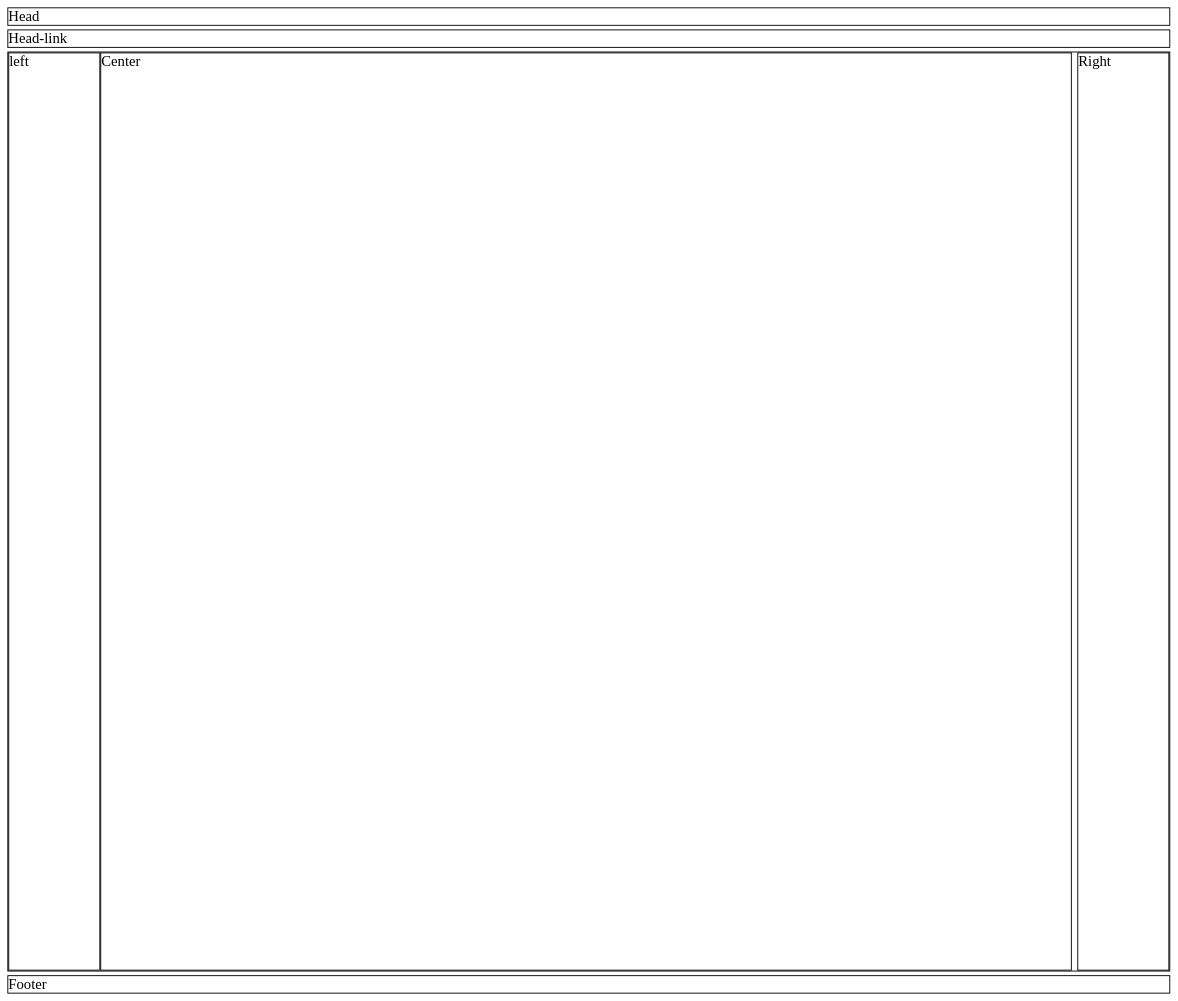
Repository: Lehuyhuynh/BTH2-CSS
Page: index.html
An editor plug-in stored every save of this project. The page is shown before and after a run of saves, followed by the edit.
The browser window is 1280 px wide. The pictures show the whole page, at 92% of full size.

Above is the page before, as saved 2023-08-08 21:04:09.

After the next 2 saves:
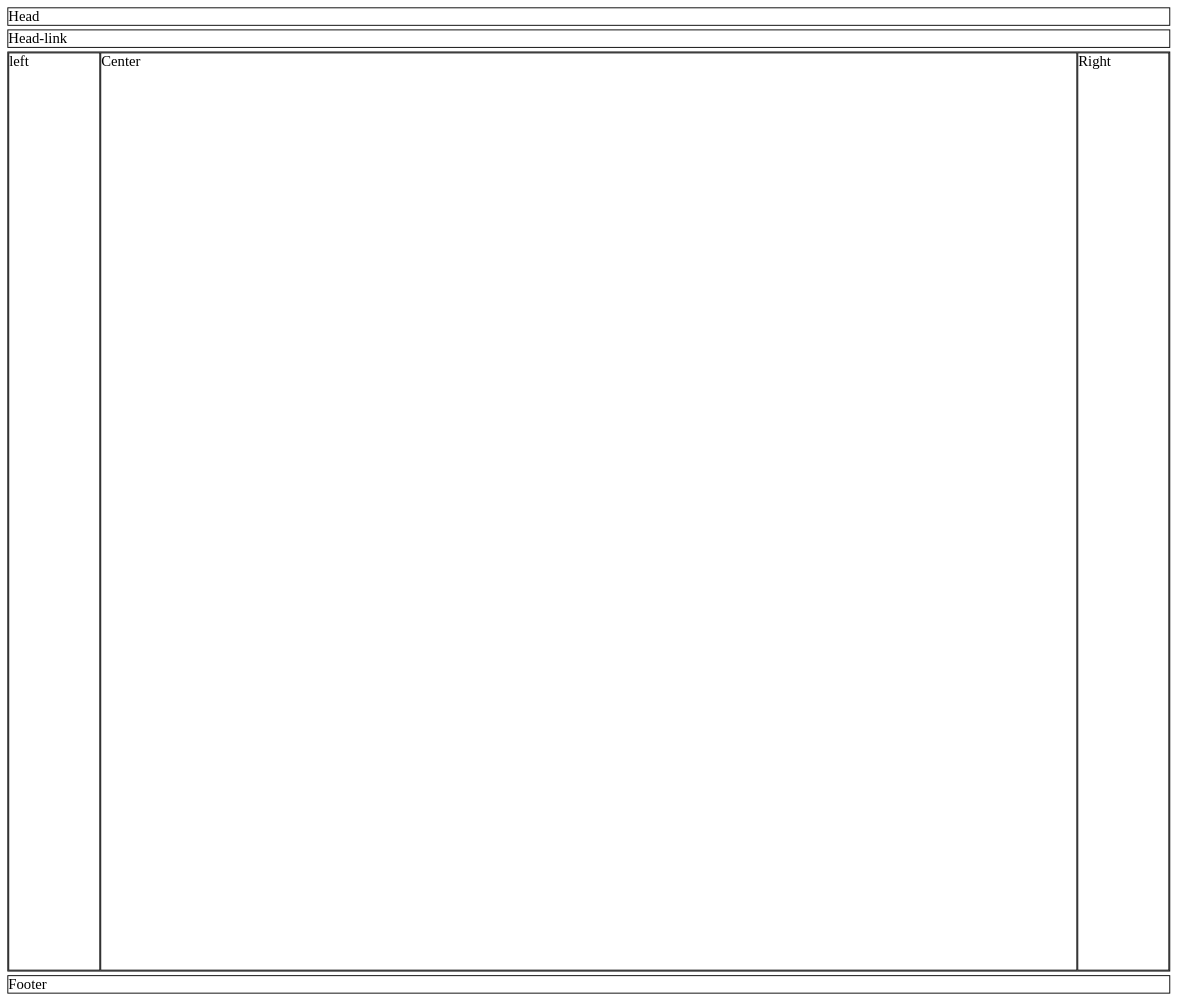
The 2 saves are shown as one change because they came seconds apart.
The last was saved 13 s later.
--- a/style.css
+++ b/style.css
@@ -21,7 +21,7 @@
 
 }
 .center{
-  width: calc(100% - 206px);
+  width: calc(100% - 200px);
   height: 100%;
   float: left;
 }
